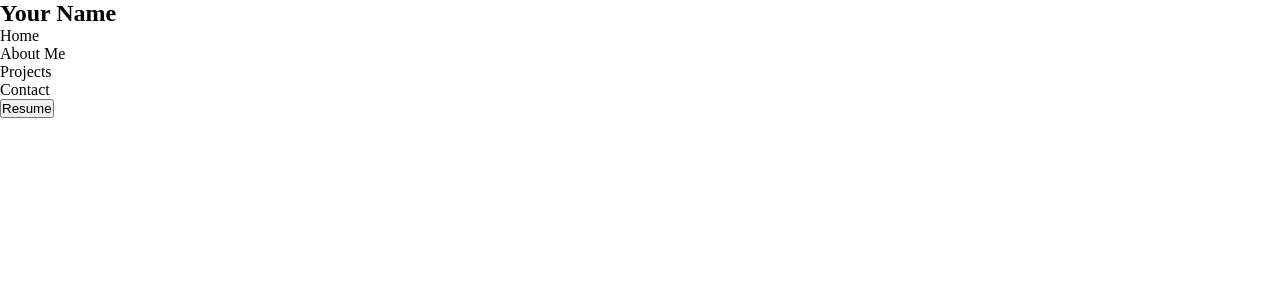
Repository: DevAntonioRogers/vanilla-portfolio
Page: index.html
The author's editor kept a copy of each file at every save. The page is drawn from the files as they stood at one save, then again after the next save.
The browser window is 1280 px wide. The pictures show the whole page.

Above is the page before, as saved 2023-07-12 14:03:26.

### index.html
<!DOCTYPE html>
<html lang="en">
  <head>
    <meta charset="UTF-8" />
    <meta name="viewport" content="width=device-width, initial-scale=1.0" />
    <link rel="stylesheet" href="style.css" />
    <title>Antonio Rogers</title>
  </head>
  <body>
    <nav>
      <a href="/"> <h1>Your Name</h1></a>

      <ul>
        <li>
          <a href="/">Home</a>
        </li>
        <li>
          <a href="/">About Me</a>
        </li>
        <li>
          <a href="/">Projects</a>
        </li>
        <li>
          <a href="/">Contact</a>
        </li>
        <li>
          <button>Resume</button>
        </li>
      </ul>
    </nav>
  </body>
</html>

### style.css
* {
  box-sizing: border-box;
  padding: 0;
  margin: 0;
}

a {
  text-decoration: none;
  color: inherit;
}

li {
  list-style: none;
}

After the next save:
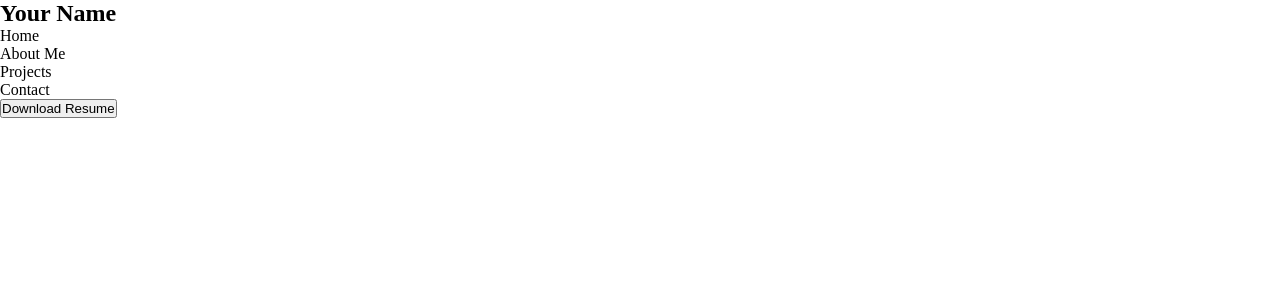
Saved 53 s later.
--- a/index.html
+++ b/index.html
@@ -24,7 +24,7 @@
           <a href="/">Contact</a>
         </li>
         <li>
-          <button>Resume</button>
+          <button>Download Resume</button>
         </li>
       </ul>
     </nav>
